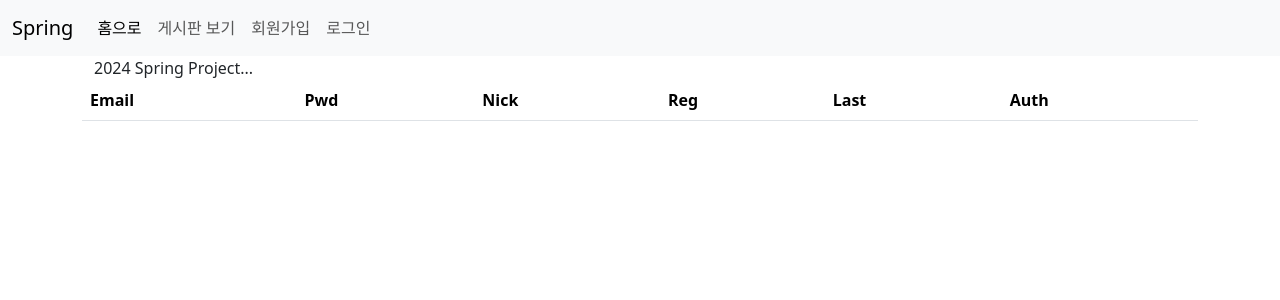
Repository: wanted2001/spring2_project
Page: http://localhost/spring_test2/WEB-INF/views/user/userList.jsp
These files come from the project's save history. The page is drawn as it stood at one moment and after the next save; the edit follows.
The browser window is 1280 px wide. The pictures show the whole page.
The page is served by Tomcat 9. Nobody is signed in. Other server files are loaded and not shown. The template is opened directly, without the code that normally fills it, so the values that code supplies are empty.

Above is the page before, as saved 2024-05-08 07:20:02.
Console error: TypeError: Cannot read properties of null (reading 'addEventListener')

### spring_test2/src/main/webapp/WEB-INF/views/user/userList.jsp
<%@ page language="java" contentType="text/html; charset=UTF-8"
	pageEncoding="UTF-8"%>
<%@ taglib uri="http://www.springframework.org/security/tags"
	prefix="sec"%>
<%@ taglib uri="http://java.sun.com/jsp/jstl/core" prefix="c"%>
<jsp:include page="../layout/header.jsp" />

<div class="container-md">
	<table class="table">
		<thead>
			<tr>
				<th scope="col">Email</th>
				<th scope="col">Pwd</th>
				<th scope="col">Nick</th>
				<th scope="col">Reg</th>
				<th scope="col">Last</th>
				<th scope="col">Auth</th>
			</tr>
			<c:forEach items="${ulist }" var="ulist">
				<tr>
					<td>${ulist.email }</td>
					<td>${ulist.pwd }</td>
					<td>${ulist.nickName }</td>
					<td>${ulist.regDate }</td>
					<td>${ulist.lastLogin }</td>
					<td>${ulist.authList }</td>
				</tr>
			</c:forEach>
		</thead>
</div>




<jsp:include page="../layout/footer.jsp" />

### spring_test2/src/main/webapp/WEB-INF/views/layout/header.jsp
<%@ page language="java" contentType="text/html; charset=UTF-8"
	pageEncoding="UTF-8"%>
<%@taglib uri="http://java.sun.com/jsp/jstl/core" prefix="c"%>
<%@taglib uri="http://www.springframework.org/security/tags"
	prefix="sec"%>
<!DOCTYPE html>
<html>
<head>
<meta charset="UTF-8">
<title>header.jsp</title>
<link href="/resources/css/bootstrap.min.css" rel="stylesheet"
	crossorigin="anonymous">
<script src="/resources/js/bootstrap.bundle.min.js"
	crossorigin="anonymous"></script>
</head>
<body>
	<nav class="navbar navbar-expand-lg bg-body-tertiary">
		<div class="container-fluid">
			<a class="navbar-brand" href="/">Spring</a>
			<button class="navbar-toggler" type="button"
				data-bs-toggle="collapse" data-bs-target="#navbarSupportedContent"
				aria-controls="navbarSupportedContent" aria-expanded="false"
				aria-label="Toggle navigation">
				<span class="navbar-toggler-icon"></span>
			</button>
			<div class="collapse navbar-collapse" id="navbarSupportedContent">
				<ul class="navbar-nav me-auto mb-2 mb-lg-0">
					<li class="nav-item"><a class="nav-link active"
						aria-current="page" href="/">홈으로</a></li>

					<li class="nav-item"><a class="nav-link" href="/board/list">게시판
							보기</a></li>
					<sec:authorize access="isAnonymous()">
						<li class="nav-item"><a class="nav-link"
							href="/user/register">회원가입</a></li>
						<li class="nav-item"><a class="nav-link" href="/user/login">로그인</a>
						</li>
					</sec:authorize>
					<!-- 액세스에 권한이 있는지 확인  -->
					<!-- 현재 사용자의 정보는 principal  -->

					<sec:authorize access="isAuthenticated()">
						<sec:authentication property="principal.uvo.email" var="authEmail" />
						<sec:authentication property="principal.uvo.nickName"
							var="authNick" />
						<sec:authentication property="principal.uvo.authList" var="auths" />
						<c:choose>
							<c:when
								test="${auths.stream().anyMatch(authVO -> authVO.auth.equals('ROLE_ADMIN')).get() }">
								<li class="nav-item"><a class="nav-link" href="/user/userList">회원리스트
										${authNick }(${authEmail }) / ADMIN)</a></li>
								<li class="nav-item"><a class="nav-link"
									href="/board/register">게시판 글쓰기</a></li>
							</c:when>
							<c:otherwise>
								<li class="nav-item"><a class="nav-link" href="#">회원정보수정
										${authNick }(${authEmail })</a></li>
							</c:otherwise>
						</c:choose>
						<li class="nav-item"><a class="nav-link" href=" "
							id="logoutLink">로그아웃</a></li>
						<form action="/user/logout" method="post" id="logoutForm">
							<!-- 인증된 계정의 이메일 -->
							<input type="hidden" name="email" value="${authEmail }">
						</form>
					</sec:authorize>


					<%--  <c:if test="${ses.id ne null }">
        <li class="nav-item">
          <a class="nav-link" href="/user/logout">로그아웃</a>
        </li>
        <li class="nav-item">
          <a class="nav-link" href="/user/modify">${ses.id }(${ses.email }) welcome!!!</a>
        </li>
        </c:if> --%>
				</ul>
			</div>
		</div>
	</nav>
	<script type="text/javascript">
	document.getElementById("logoutLink").addEventListener('click',(e)=>{
		e.preventDefault();
	    document.getElementById("logoutForm").submit();
	})
	</script>

### spring_test2/src/main/webapp/WEB-INF/views/layout/footer.jsp
<%@ page language="java" contentType="text/html; charset=UTF-8"
    pageEncoding="UTF-8"%>
<div class="container-md">
	2024 Spring Project...
</div>

</body>
</html>

Loaded but not shown: spring_test2/src/main/webapp/resources/css/bootstrap.min.css (library); spring_test2/src/main/webapp/resources/js/bootstrap.bundle.min.js (library)

After the next save:
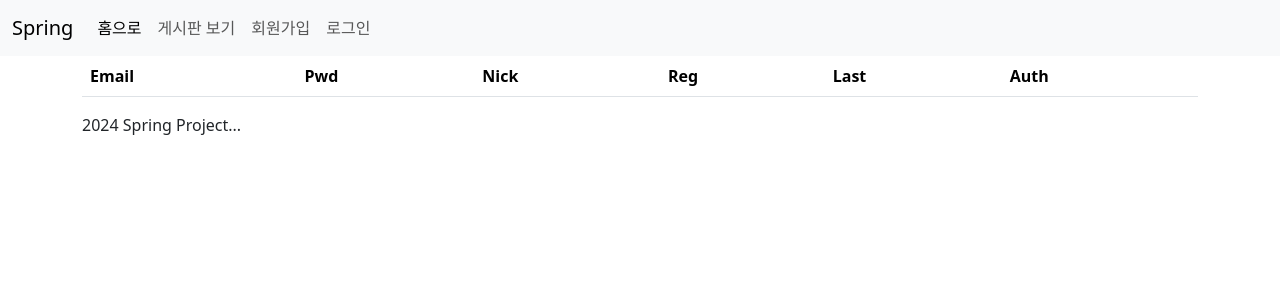
Saved 29 s later.
--- a/spring_test2/src/main/webapp/WEB-INF/views/user/userList.jsp
+++ b/spring_test2/src/main/webapp/WEB-INF/views/user/userList.jsp
@@ -16,6 +16,8 @@
 				<th scope="col">Last</th>
 				<th scope="col">Auth</th>
 			</tr>
+		</thead>
+		<tbody>
 			<c:forEach items="${ulist }" var="ulist">
 				<tr>
 					<td>${ulist.email }</td>
@@ -26,7 +28,8 @@
 					<td>${ulist.authList }</td>
 				</tr>
 			</c:forEach>
-		</thead>
+		</tbody>
+	</table>
 </div>
 
 
